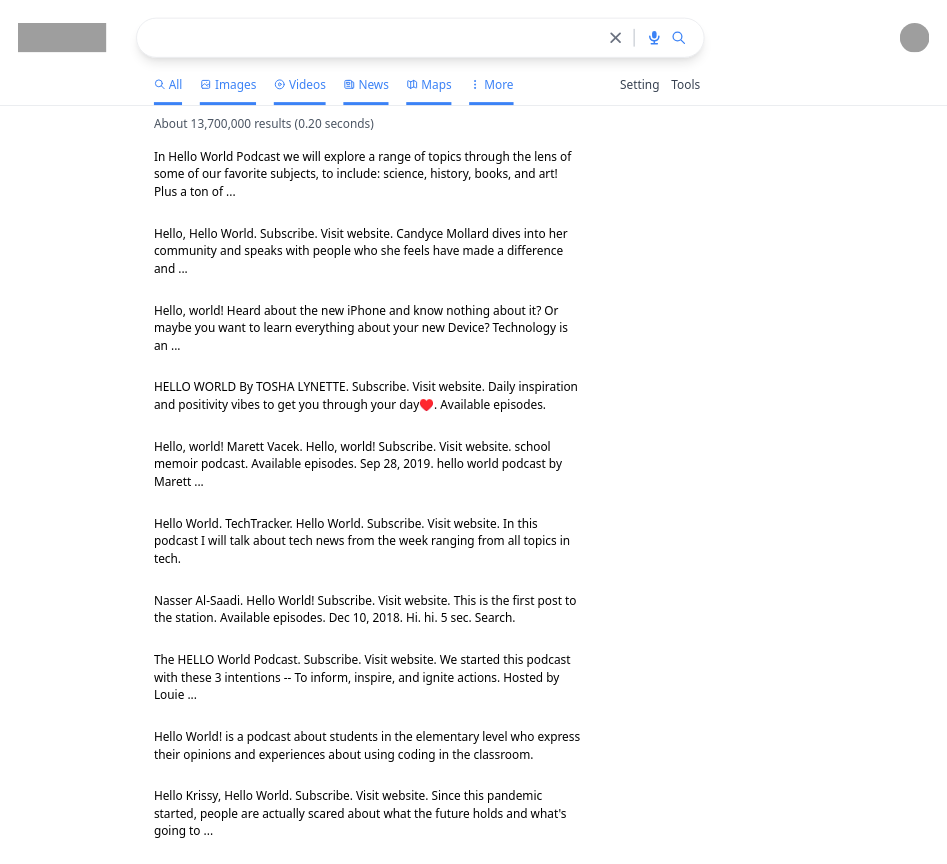
Repository: JuanOnly/google-clone
Page: /search
An editor plug-in stored every save of this project. The page is shown before and after the next save, followed by the edit.
The browser window is 1280 px wide. The pictures show the whole page, at 74% of full size.
Pictures or frames that could not be fetched are drawn as grey boxes. The project was rebuilt for these pictures with package versions that can differ from the ones it lists, and the page was loaded fresh each time. The framework's server and built-in components were replaced by stand-ins that run in the browser. Also part of the build but not shown: next.config.js, Response.js.

Above is the page before, as saved 2021-05-24 17:18:56.

After the next save:
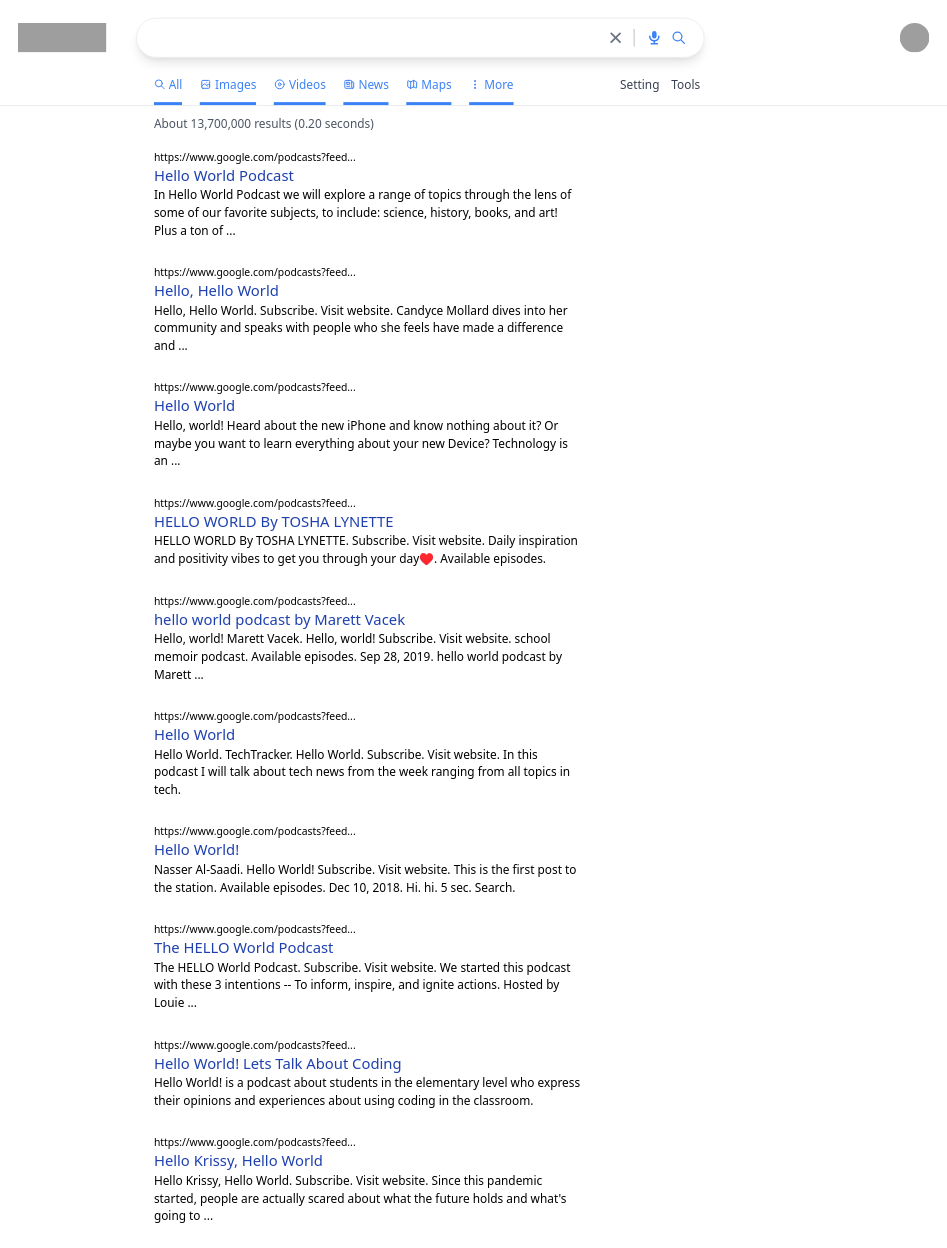
Saved 10 min 19 s later.
--- a/components/SearchResults.js
+++ b/components/SearchResults.js
@@ -8,7 +8,16 @@
 
       {results.items?.map((result) => (
         <div key={result.link} className="max-w-xl mb-8">
-          <div></div>
+          <div>
+            <a href={result.link} className="text-sm">
+              {result.formattedUrl}
+            </a>
+            <a href={result.link}>
+              <h2 className="truncate text-xl text-blue-800 font-medium">
+                {result.title}
+              </h2>
+            </a>
+          </div>
           <p>{result.snippet}</p>
         </div>
       ))}
